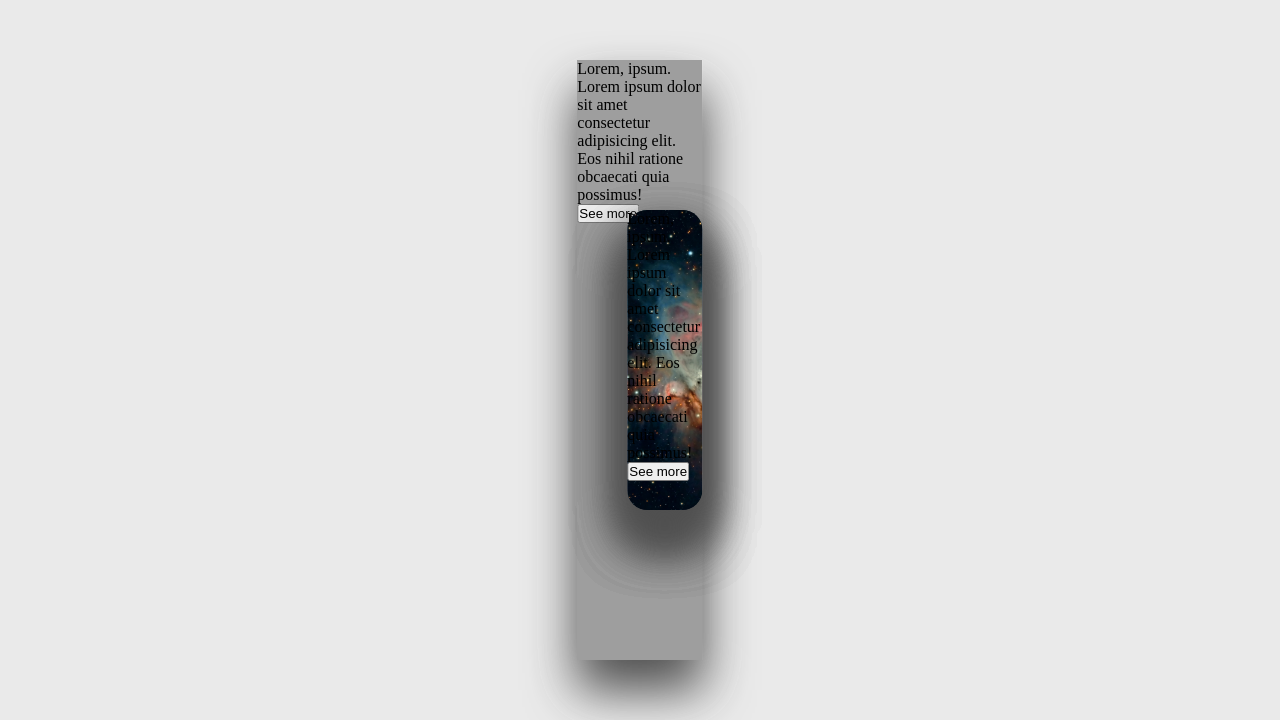
Repository: zeinawady/-Image-Slider-Project
Page: index.html
The author's editor kept a copy of each file at every save. The page is drawn from the files as they stood at one save, then again after a run of saves.
The browser window is 1280 px wide. The pictures show the whole page.
Pictures or frames that could not be fetched are drawn as grey boxes.

Above is the page before, as saved 2024-09-19 16:24:59.

### index.html
<!DOCTYPE html>
<html lang="en">

<head>
    <meta charset="UTF-8">
    <meta name="viewport" content="width=device-width, initial-scale=1.0">
    <title>Image Slider</title>
    <link rel="stylesheet" href="css/style.css">
    <link rel="stylesheet" href="css/all.min.css">
</head>

<body>

    <div class="container">
        <div id="slide">
            <div class="item" style="background-image: url(images/img1.jpg);">
                <div class="content">
                    <div class="name">Lorem, ipsum. </div>
                    <div class="content">Lorem ipsum dolor sit amet consectetur adipisicing elit. Eos nihil ratione
                        obcaecati quia possimus!</div>
                        <button>See more</button>
                </div>
            </div>
            <div class="item" style="background-image: url(images/img2.jpg);">
                <div class="content">
                    <div class="name">Lorem, ipsum. </div>
                    <div class="content">Lorem ipsum dolor sit amet consectetur adipisicing elit. Eos nihil ratione
                        obcaecati quia possimus!</div>
                        <button>See more</button>
                </div>
            </div>
            <div class="item" style="background-image: url(images/img3.jpg);">
                <div class="content">
                    <div class="name">Lorem, ipsum. </div>
                    <div class="content">Lorem ipsum dolor sit amet consectetur adipisicing elit. Eos nihil ratione
                        obcaecati quia possimus!</div>
                        <button>See more</button>
                </div>
            </div>
            <div class="item" style="background-image: url(images/img4.jpg);">
                <div class="content">
                    <div class="name">Lorem, ipsum. </div>
                    <div class="content">Lorem ipsum dolor sit amet consectetur adipisicing elit. Eos nihil ratione
                        obcaecati quia possimus!</div>
                        <button>See more</button>
                </div>
            </div>
            <div class="item" style="background-image: url(images/img5.jpg);">
                <div class="content">
                    <div class="name">Lorem, ipsum. </div>
                    <div class="content">Lorem ipsum dolor sit amet consectetur adipisicing elit. Eos nihil ratione
                        obcaecati quia possimus!</div>
                        <button>See more</button>
                </div>
            </div>

            <div class="buttons">
                <button id="prevbtn"><i class="fa-solid fa-caret-left"></i></button>
                <button id="nextbtn"><i class="fa-solid fa-caret-right"></i></button>
            </div>
        </div>
    </div>

    <script src="script.js"></script>
</body>

</html>

### css/style.css
*{
    padding: 0;
    margin: 0;
    box-sizing: border-box;
}
body{
    background-color:#eaeaea ;
    overflow: hidden;
}
.container{
    position: absolute;
    left: 50%;
    top: 50%;
    transform: translate(-50%,-50%);
    max-width: 1000px;
    height: 600px;
    padding: 50px;
    background-color: #f5f5f5;
    box-shadow: 0 30px 50px #dbdbdb;
}
/* Medium screens */
@media (min-width: 768px) and (max-width: 1199px) {
    .container {
        width: 800px;
        height: 500px;
    }
}

/* Small screens */
@media (max-width: 767px) {
    .container {
        width: 90%; /* Use percentage for very small screens to fit */
        max-width: 500px; /* Restrict maximum width */
        height: auto; /* Allow height to adjust automatically */
        padding: 10px; /* Add some padding for content */
    }
}
#slide{
    width: max-content;
    margin-top: 50px;
}
.item{
    max-width: 200px;
    height: 300px;
    background-position: 50% 50%;
    display: inline-block;
    transition: 0.5s;
    background-size: cover;
    position: absolute;
    z-index: 1;
    top: 50%;
    transform: translate(0, -50%);
    border-radius: 20px;
    box-shadow: 0 30px 50px #505050;
}
.item:nth-child(1)
,.item:nth-child(1){
    left: 0;
    top: 0;
    transform: translate(0,0);
    border-radius: 0;
    width: 100%;
    height: 100%;
}

Loaded but not shown: css/all.min.css (library); script.js (no copy from this time; the picture is the same without it)

After the next 4 saves:
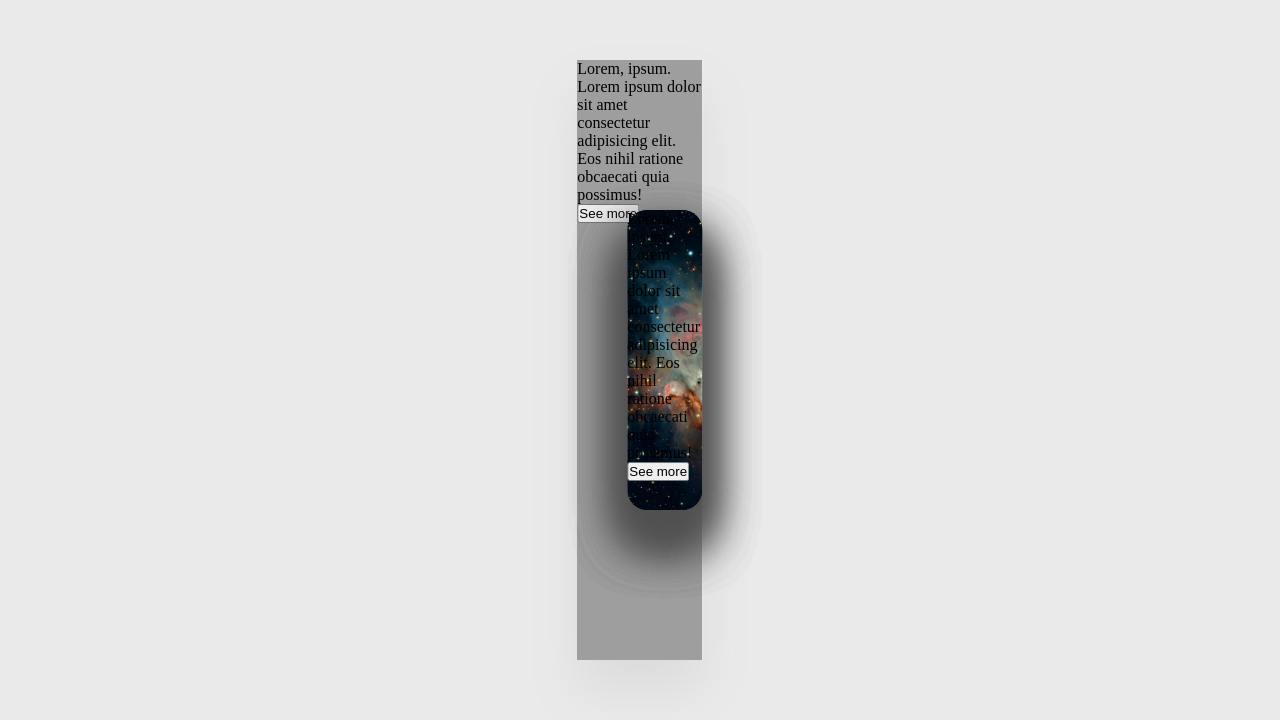
The 4 saves are shown as one change because they came seconds apart.
The last was saved 10 s later.
--- a/css/style.css
+++ b/css/style.css
@@ -61,4 +61,5 @@ body{
     border-radius: 0;
     width: 100%;
     height: 100%;
+    box-shadow: none;
 }
